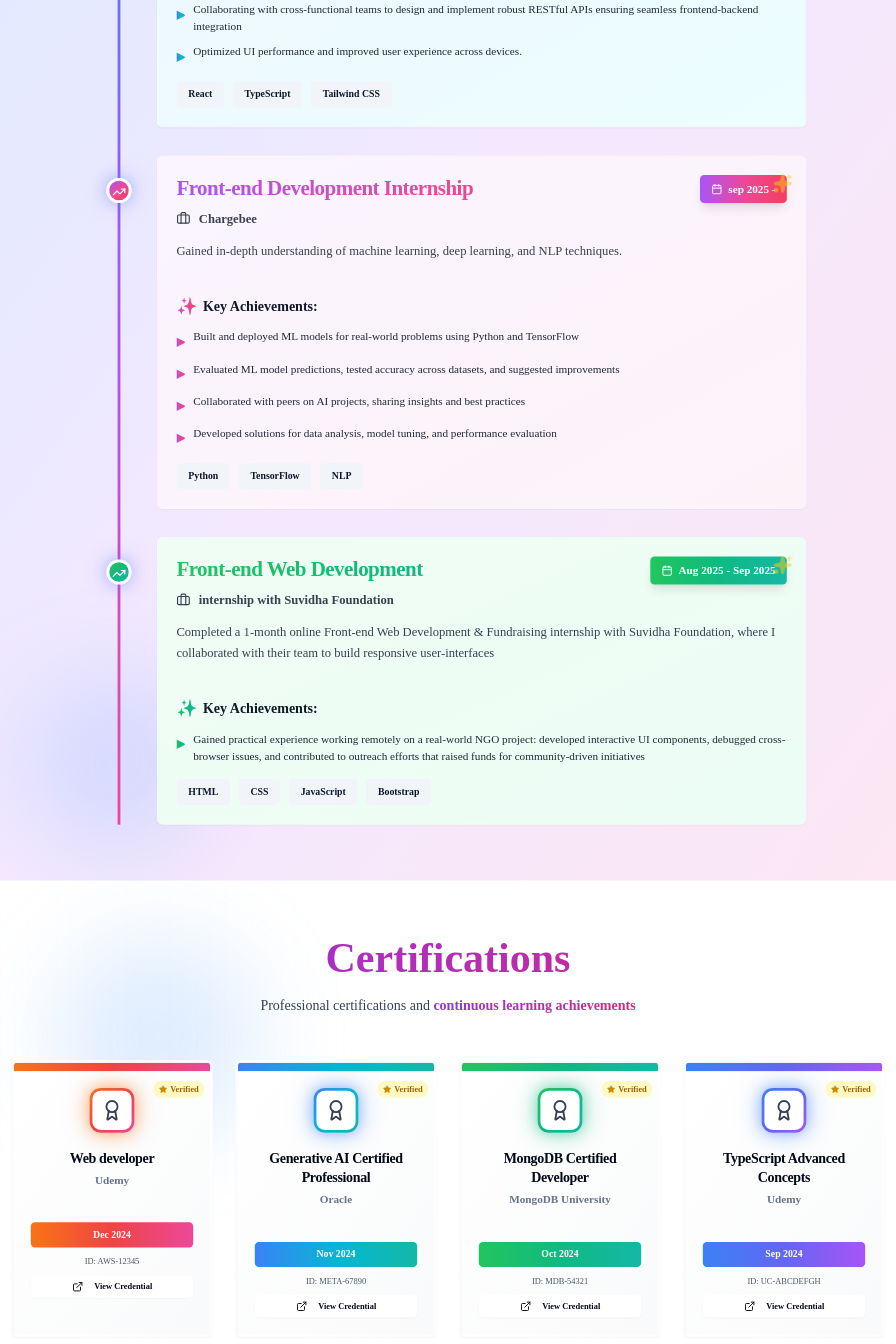
Repository: sm6746/PORTFOLIO
Page: /
These files come from the project's save history. The page is drawn as it stood at one moment and after the next save; the edit follows.
The browser window is 1280 px wide. The pictures show the part of the page from y = 4563 to 6483 px (the page is 8308 px tall before and 8201 px after), at 70% of full size.
The project was rebuilt for these pictures with package versions that can differ from the ones it lists, and the page was loaded fresh each time. Also part of the build but not shown: vite.config.ts.

Above is the page before, as saved 2025-11-07 12:21:04.

### index.html
<!DOCTYPE html>
<html lang="en">
  <head>
    <meta charset="UTF-8" />
    <link rel="icon" type="image/svg+xml" href="/favicon.svg" />
    <meta name="viewport" content="width=device-width, initial-scale=1.0" />
    <title>Portfolio</title>
  </head>
  <body>
    <div id="root"></div>
    <script type="module" src="/app/main.tsx"></script>
  </body>
</html>

### app/main.tsx
import React from 'react'
import ReactDOM from 'react-dom/client'
import App from './app'
import './globals.css'

ReactDOM.createRoot(document.getElementById('root')!).render(
  <React.StrictMode>
    <App />
  </React.StrictMode>,
)

### app/app.tsx
import { ThemeProvider } from '@/lib/theme-context';
import { Header } from '@/components/header';
import { HeroSection } from '@/components/hero-section';
import { AboutSection } from '@/components/about-section';
import { SkillsSection } from '@/components/skills-section';
import { ProjectsSection } from '@/components/projects-section';
import { ExperienceSection } from '@/components/experience-section';
import { CertificationsSection } from '@/components/certifications-section';
import { ContactSection } from '@/components/contact-section';
import { Footer } from '@/components/footer';
import { ScrollToTop } from '@/components/scroll-to-top';

function App() {
  return (
    <ThemeProvider>
      <div className="min-h-screen bg-white dark:bg-gray-900 transition-colors duration-300">
        <Header />
        <main>
          <HeroSection />
          <AboutSection />
          <SkillsSection />
          <ProjectsSection />
          <ExperienceSection />
          <CertificationsSection />
          <ContactSection />
        </main>
        <Footer />
        <ScrollToTop />
      </div>
    </ThemeProvider>
  );
}

export default App;

### lib/theme-context.tsx
import React, { createContext, useContext, useEffect, useState } from 'react';

type Theme = 'light' | 'dark';

type ThemeContextType = {
  theme: Theme;
  toggleTheme: () => void;
};

const ThemeContext = createContext<ThemeContextType | undefined>(undefined);

export function ThemeProvider({ children }: { children: React.ReactNode }) {
  const [theme, setTheme] = useState<Theme>(() => {
    const stored = localStorage.getItem('portfolio-theme');
    return (stored as Theme) || 'light';
  });

  useEffect(() => {
    localStorage.setItem('portfolio-theme', theme);
    document.documentElement.classList.toggle('dark', theme === 'dark');
  }, [theme]);

  const toggleTheme = () => {
    setTheme(prev => (prev === 'light' ? 'dark' : 'light'));
  };

  return (
    <ThemeContext.Provider value={{ theme, toggleTheme }}>
      {children}
    </ThemeContext.Provider>
  );
}

export function useTheme() {
  const context = useContext(ThemeContext);
  if (!context) {
    throw new Error('useTheme must be used within ThemeProvider');
  }
  return context;
}

### components/experience-section.tsx
import { Card, CardContent, CardHeader, CardTitle } from '@/components/ui/card';
import { Badge } from '@/components/ui/badge';
import { Briefcase, Calendar, Sparkles, TrendingUp } from 'lucide-react';
import { useScrollAnimation } from '@/hooks/use-scroll-animation';

export function ExperienceSection() {
  const { ref, isVisible } = useScrollAnimation();

  const experiences = [
    {
      title: 'frontend Developer ',
      company: 'Bluestock Fintech',
      period: 'May 2025 – July 2025',
      description: 'Developing responsive web applications using React and TypeScript. Collaborating with design team to implement pixel-perfect UIs.',
      achievements: [
        ' Built responsive financial dashboards using Python and React.js and Tailwind CSS',
        'Collaborating with cross-functional teams to design and implement robust RESTful APIs ensuring seamless frontend-backend integration',
        'Optimized UI performance and improved user experience across devices.',

      ],
      tags: ['React', 'TypeScript', 'Tailwind CSS'],
      gradient: 'from-blue-500 via-cyan-500 to-teal-500',
      bgGradient: 'from-blue-50 to-cyan-50 dark:from-blue-950/50 dark:to-cyan-950/50',
    },
    {
      title: 'Front-end Development Internship ',
      company: ' Chargebee',
      period: 'sep 2025 - ',
      description: 'Gained in-depth understanding of machine learning, deep learning, and NLP techniques.',
      achievements: [
        'Built and deployed ML models for real-world problems using Python and TensorFlow',
        'Evaluated ML model predictions, tested accuracy across datasets, and suggested improvements',
        'Collaborated with peers on AI projects, sharing insights and best practices',
        'Developed solutions for data analysis, model tuning, and performance evaluation',
      ],
      tags: ['Python', 'TensorFlow', 'NLP'],
      gradient: 'from-purple-500 via-pink-500 to-rose-500',
      bgGradient: 'from-purple-50 to-pink-50 dark:from-purple-950/50 dark:to-pink-950/50',
    },
    {
      title: 'Front-end Web Development',
      company: 'internship with Suvidha Foundation',
      period: 'Aug 2025 - Sep 2025',
      description: 'Completed a 1‐month online Front-end Web Development & Fundraising internship with Suvidha Foundation, where I collaborated with their team to build responsive user-interfaces',
      achievements: [
        'Gained practical experience working remotely on a real-world NGO project: developed interactive UI components, debugged cross-browser issues, and contributed to outreach efforts that raised funds for community-driven initiatives',
      ],
      tags: ['HTML', 'CSS', 'JavaScript', 'Bootstrap'],
      gradient: 'from-green-500 via-emerald-500 to-teal-500',
      bgGradient: 'from-green-50 to-emerald-50 dark:from-green-950/50 dark:to-emerald-950/50',
    },
  ];

  return (
    <section
      id="experience"
      ref={ref as React.RefObject<HTMLElement>}
      className="py-20 bg-gradient-to-br from-blue-100 via-purple-100 to-pink-100 dark:from-gray-800 dark:via-purple-900/10 dark:to-blue-900/10 relative overflow-hidden"
    >
      <div className="absolute top-10 right-10 w-64 h-64 bg-purple-400/20 rounded-full blur-3xl"></div>
      <div className="absolute bottom-10 left-10 w-64 h-64 bg-blue-400/20 rounded-full blur-3xl"></div>

      <div className="container mx-auto px-4 relative z-10">
        <div
          className={`transition-all duration-1000 ${
            isVisible ? 'opacity-100 translate-y-0' : 'opacity-0 translate-y-10'
          }`}
        >
          <h2 className="text-5xl md:text-6xl font-extrabold text-center mb-6 bg-gradient-to-r from-blue-600 via-purple-600 to-pink-600 dark:from-blue-400 dark:via-purple-400 dark:to-pink-400 bg-clip-text text-transparent animate-gradient">
            Experience
          </h2>
          <p className="text-center text-gray-700 dark:text-gray-300 mb-16 text-xl font-medium">
            My professional journey and <span className="text-transparent bg-clip-text bg-gradient-to-r from-purple-600 to-pink-600 font-bold">key achievements</span>
          </p>

          <div className="max-w-5xl mx-auto relative">
            <div className="absolute left-10 top-0 bottom-0 w-1 bg-gradient-to-b from-blue-500 via-purple-500 to-pink-500 hidden md:block shadow-lg"></div>

            <div className="space-y-10">
              {experiences.map((exp, index) => (
                <div
                  key={index}
                  className={`relative transition-all duration-1000 ${
                    isVisible ? 'opacity-100 translate-x-0' : 'opacity-0 -translate-x-10'
                  }`}
                  style={{ transitionDelay: `${index * 250}ms` }}
                >
                  <div className={`hidden md:block absolute left-6 top-8 w-9 h-9 rounded-full bg-gradient-to-br ${exp.gradient} border-4 border-white dark:border-gray-800 shadow-xl animate-pulse-glow z-10`}>
                    <TrendingUp className="h-5 w-5 text-white m-auto mt-1.5" />
                  </div>

                  <Card className={`md:ml-24 hover:shadow-2xl transition-all duration-500 transform hover:-translate-y-3 hover:scale-105 border-4 border-transparent hover:border-current bg-gradient-to-br ${exp.bgGradient} overflow-hidden`}>
                    <div className={`absolute inset-0 bg-gradient-to-br ${exp.gradient} opacity-0 group-hover:opacity-10 transition-opacity duration-500`}></div>
                    <CardHeader className="relative">
                      <div className="flex flex-wrap items-start justify-between gap-4 mb-3">
                        <div className="flex-1">
                          <CardTitle className={`text-3xl font-black mb-3 bg-gradient-to-r ${exp.gradient} bg-clip-text text-transparent`}>
                            {exp.title}
                          </CardTitle>
                          <div className="flex items-center gap-3 text-gray-700 dark:text-gray-300">
                            <Briefcase className="h-5 w-5" />
                            <span className="font-bold text-lg">{exp.company}</span>
                          </div>
                        </div>
                        <Badge variant="outline" className={`flex items-center gap-2 px-4 py-2 border-3 bg-gradient-to-r ${exp.gradient} text-white font-bold text-base shadow-lg`}>
                          <Calendar className="h-4 w-4" />
                          {exp.period}
                        </Badge>
                      </div>
                      <p className="text-gray-700 dark:text-gray-300 text-lg leading-relaxed">{exp.description}</p>
                      <Sparkles className="absolute top-4 right-4 h-7 w-7 text-yellow-400 fill-yellow-400 animate-pulse" />
                    </CardHeader>
                    <CardContent className="p-6 relative">
                      <h4 className="font-black mb-4 text-gray-900 dark:text-gray-100 text-xl flex items-center gap-2">
                        <span className={`text-2xl bg-gradient-to-r ${exp.gradient} bg-clip-text text-transparent`}>✨</span>
                        Key Achievements:
                      </h4>
                      <ul className="space-y-3 mb-5">
                        {exp.achievements.map((achievement, idx) => (
                          <li key={idx} className="flex items-start gap-3 text-gray-800 dark:text-gray-200 text-base">
                            <span className={`text-2xl font-bold bg-gradient-to-r ${exp.gradient} bg-clip-text text-transparent mt-0.5`}>▸</span>
                            <span>{achievement}</span>
                          </li>
                        ))}
                      </ul>
                      <div className="flex flex-wrap gap-3">
                        {exp.tags.map((tag, tagIndex) => (
                          <Badge key={tagIndex} variant="secondary" className="text-sm font-bold px-4 py-2 hover:scale-110 transition-transform">
                            {tag}
                          </Badge>
                        ))}
                      </div>
                    </CardContent>
                  </Card>
                </div>
              ))}
            </div>
          </div>
        </div>
      </div>
    </section>
  );
}

### components/footer.tsx
import { Github, Linkedin, Mail } from 'lucide-react';
import { Button } from '@/components/ui/button';

export function Footer() {
  return (
    <footer className="py-12 bg-gray-900 text-white">
      <div className="container mx-auto px-4">
        <div className="flex flex-col items-center gap-6">
          <div className="text-3xl font-bold bg-gradient-to-r from-blue-400 to-purple-400 bg-clip-text text-transparent">
            SHIVANI MEHRA
          </div>
          <p className="text-gray-400 text-center max-w-md">
            Building the future, one line of code at a time. Let's create something amazing together.
          </p>
          <div className="flex gap-4">
            <Button
              variant="ghost"
              size="icon"
              className="rounded-full hover:bg-blue-600/20 text-gray-300 hover:text-white transition-all"
            >
              <a
              href="https://github.com/sm6746"
              target="_blank"
              rel="noopener noreferrer"
            >
              <Github className="h-5 w-5" />
              </a>
            </Button>
            <Button
              variant="ghost"
              size="icon"
              className="rounded-full hover:bg-blue-600/20 text-gray-300 hover:text-white transition-all"
            >
              <a
              href="https://www.linkedin.com/in/shivani-mehra-/"
              target="_blank"
              rel="noopener noreferrer"
            >
              <Linkedin className="h-7 w-7" />
              </a>
            </Button>
            <Button
              variant="ghost"
              size="icon"
              className="rounded-full hover:bg-blue-600/20 text-gray-300 hover:text-white transition-all"
            >
              <a
              href="https://mail.google.com/mail/?view=cm&fs=1&to=shivanimehra22may@gmail.com"
              target="_blank"
              rel="noopener noreferrer"
            >
               <Mail className="h-5 w-5" />
              </a>

            </Button>
          </div>
          <div className="border-t border-gray-800 pt-6 w-full text-center">
            <p className="text-gray-500 text-sm">

            </p>
          </div>
        </div>
      </div>
    </footer>
  );
}

### components/scroll-to-top.tsx
import { Button } from '@/components/ui/button';
import { ArrowUp } from 'lucide-react';
import { useEffect, useState } from 'react';

export function ScrollToTop() {
  const [isVisible, setIsVisible] = useState(false);

  useEffect(() => {
    const toggleVisibility = () => {
      setIsVisible(window.scrollY > 500);
    };

    window.addEventListener('scroll', toggleVisibility);
    return () => window.removeEventListener('scroll', toggleVisibility);
  }, []);

  const scrollToTop = () => {
    window.scrollTo({ top: 0, behavior: 'smooth' });
  };

  if (!isVisible) return null;

  return (
    <Button
      onClick={scrollToTop}
      size="icon"
      className="fixed bottom-8 right-8 z-50 rounded-full shadow-lg bg-gradient-to-r from-blue-600 to-purple-600 hover:from-blue-700 hover:to-purple-700 animate-bounce"
    >
      <ArrowUp className="h-5 w-5" />
    </Button>
  );
}

### components/ui/button.tsx
import * as React from "react"
import { Slot } from "@radix-ui/react-slot"
import { cva, type VariantProps } from "class-variance-authority"

import { cn } from "@/lib/utlis"

const buttonVariants = cva(
  "inline-flex items-center justify-center gap-2 whitespace-nowrap rounded-md text-sm font-medium transition-colors focus-visible:outline-none focus-visible:ring-1 focus-visible:ring-ring disabled:pointer-events-none disabled:opacity-50 [&_svg]:pointer-events-none [&_svg]:size-4 [&_svg]:shrink-0",
  {
    variants: {
      variant: {
        default:
          "bg-primary text-primary-foreground shadow hover:bg-primary/90",
        destructive:
          "bg-destructive text-destructive-foreground shadow-sm hover:bg-destructive/90",
        outline:
          "border border-input bg-background shadow-sm hover:bg-accent hover:text-accent-foreground",
        secondary:
          "bg-secondary text-secondary-foreground shadow-sm hover:bg-secondary/80",
        ghost: "hover:bg-accent hover:text-accent-foreground",
        link: "text-primary underline-offset-4 hover:underline",
      },
      size: {
        default: "h-9 px-4 py-2",
        sm: "h-8 rounded-md px-3 text-xs",
        lg: "h-10 rounded-md px-8",
        icon: "h-9 w-9",
      },
    },
    defaultVariants: {
      variant: "default",
      size: "default",
    },
  }
)

export interface ButtonProps
  extends React.ButtonHTMLAttributes<HTMLButtonElement>,
    VariantProps<typeof buttonVariants> {
  asChild?: boolean
}

const Button = React.forwardRef<HTMLButtonElement, ButtonProps>(
  ({ className, variant, size, asChild = false, ...props }, ref) => {
    const Comp = asChild ? Slot : "button"
    return (
      <Comp
        className={cn(buttonVariants({ variant, size, className }))}
        ref={ref}
        {...props}
      />
    )
  }
)
Button.displayName = "Button"

export { Button, buttonVariants }

### hooks/use-scroll-animation.ts
import { useEffect, useRef, useState } from 'react';

export function useScrollAnimation() {
  const ref = useRef<HTMLElement>(null);
  const [isVisible, setIsVisible] = useState(false);

  useEffect(() => {
    const observer = new IntersectionObserver(
      ([entry]) => {
        if (entry.isIntersecting) {
          setIsVisible(true);
        }
      },
      { threshold: 0.1 }
    );

    if (ref.current) {
      observer.observe(ref.current);
    }

    return () => {
      if (ref.current) {
        observer.unobserve(ref.current);
      }
    };
  }, []);

  return { ref, isVisible };
}

### components/ui/card.tsx
import * as React from "react"

import { cn } from "@/lib/utlis"

const Card = React.forwardRef<
  HTMLDivElement,
  React.HTMLAttributes<HTMLDivElement>
>(({ className, ...props }, ref) => (
  <div
    ref={ref}
    className={cn(
      "rounded-lg border bg-card text-card-foreground shadow-sm",
      className,
    )}
    {...props}
  />
))
Card.displayName = "Card"

const CardHeader = React.forwardRef<
  HTMLDivElement,
  React.HTMLAttributes<HTMLDivElement>
>(({ className, ...props }, ref) => (
  <div
    ref={ref}
    className={cn("flex flex-col space-y-1.5 p-6", className)}
    {...props}
  />
))
CardHeader.displayName = "CardHeader"

const CardTitle = React.forwardRef<
  HTMLParagraphElement,
  React.HTMLAttributes<HTMLHeadingElement>
>(({ className, ...props }, ref) => (
  <h3
    ref={ref}
    className={cn(
      "text-2xl font-semibold leading-none tracking-tight",
      className,
    )}
    {...props}
  />
))
CardTitle.displayName = "CardTitle"

const CardDescription = React.forwardRef<
  HTMLParagraphElement,
  React.HTMLAttributes<HTMLParagraphElement>
>(({ className, ...props }, ref) => (
  <p
    ref={ref}
    className={cn("text-sm text-muted-foreground", className)}
    {...props}
  />
))
CardDescription.displayName = "CardDescription"

const CardContent = React.forwardRef<
  HTMLDivElement,
  React.HTMLAttributes<HTMLDivElement>
>(({ className, ...props }, ref) => (
  <div ref={ref} className={cn("p-6 pt-0", className)} {...props} />
))
CardContent.displayName = "CardContent"

const CardFooter = React.forwardRef<
  HTMLDivElement,
  React.HTMLAttributes<HTMLDivElement>
>(({ className, ...props }, ref) => (
  <div
    ref={ref}
    className={cn("flex items-center p-6 pt-0", className)}
    {...props}
  />
))
CardFooter.displayName = "CardFooter"

export { Card, CardHeader, CardFooter, CardTitle, CardDescription, CardContent }

### components/ui/badge.tsx
import * as React from "react"
import { cva, type VariantProps } from "class-variance-authority"

import { cn } from "@/lib/utlis"

const badgeVariants = cva(
  "inline-flex items-center rounded-md border px-2.5 py-0.5 text-xs font-semibold transition-colors focus:outline-none focus:ring-2 focus:ring-ring focus:ring-offset-2",
  {
    variants: {
      variant: {
        default:
          "border-transparent bg-primary text-primary-foreground shadow hover:bg-primary/80",
        secondary:
          "border-transparent bg-secondary text-secondary-foreground hover:bg-secondary/80",
        destructive:
          "border-transparent bg-destructive text-destructive-foreground shadow hover:bg-destructive/80",
        outline: "text-foreground",
      },
    },
    defaultVariants: {
      variant: "default",
    },
  }
)

export interface BadgeProps
  extends React.HTMLAttributes<HTMLDivElement>,
    VariantProps<typeof badgeVariants> {}

function Badge({ className, variant, ...props }: BadgeProps) {
  return (
    <div className={cn(badgeVariants({ variant }), className)} {...props} />
  )
}

export { Badge, badgeVariants }

### components/ui/input.tsx
import * as React from "react"

import { cn } from "@/lib/utlis"

const Input = React.forwardRef<HTMLInputElement, React.ComponentProps<"input">>(
  ({ className, type, ...props }, ref) => {
    return (
      <input
        type={type}
        className={cn(
          "flex h-9 w-full rounded-md border border-input bg-transparent px-3 py-1 text-base shadow-sm transition-colors file:border-0 file:bg-transparent file:text-sm file:font-medium file:text-foreground placeholder:text-muted-foreground focus-visible:outline-none focus-visible:ring-1 focus-visible:ring-ring disabled:cursor-not-allowed disabled:opacity-50 md:text-sm",
          className
        )}
        ref={ref}
        {...props}
      />
    )
  }
)
Input.displayName = "Input"

export { Input }

### components/ui/textarea.tsx
import * as React from "react"

import { cn } from "@/lib/utlis"

const Textarea = React.forwardRef<
  HTMLTextAreaElement,
  React.ComponentProps<"textarea">
>(({ className, ...props }, ref) => {
  return (
    <textarea
      className={cn(
        "flex min-h-[60px] w-full rounded-md border border-input bg-transparent px-3 py-2 text-base shadow-sm placeholder:text-muted-foreground focus-visible:outline-none focus-visible:ring-1 focus-visible:ring-ring disabled:cursor-not-allowed disabled:opacity-50 md:text-sm",
        className
      )}
      ref={ref}
      {...props}
    />
  )
})
Textarea.displayName = "Textarea"

export { Textarea }

Loaded but not shown: lib/utlis.tsx (common file); tailwind.config.js (62 lines, source omitted); components/projects-section.tsx (180 lines, source omitted); components/contact-section.tsx (144 lines, source omitted); components/certifications-section.tsx (150 lines, source omitted); components/hero-section.tsx (124 lines, source omitted); components/about-section.tsx (79 lines, source omitted); components/skills-section.tsx (112 lines, source omitted); components/header.tsx (82 lines, source omitted); app/globals.css (115 lines, source omitted)

After the next save:
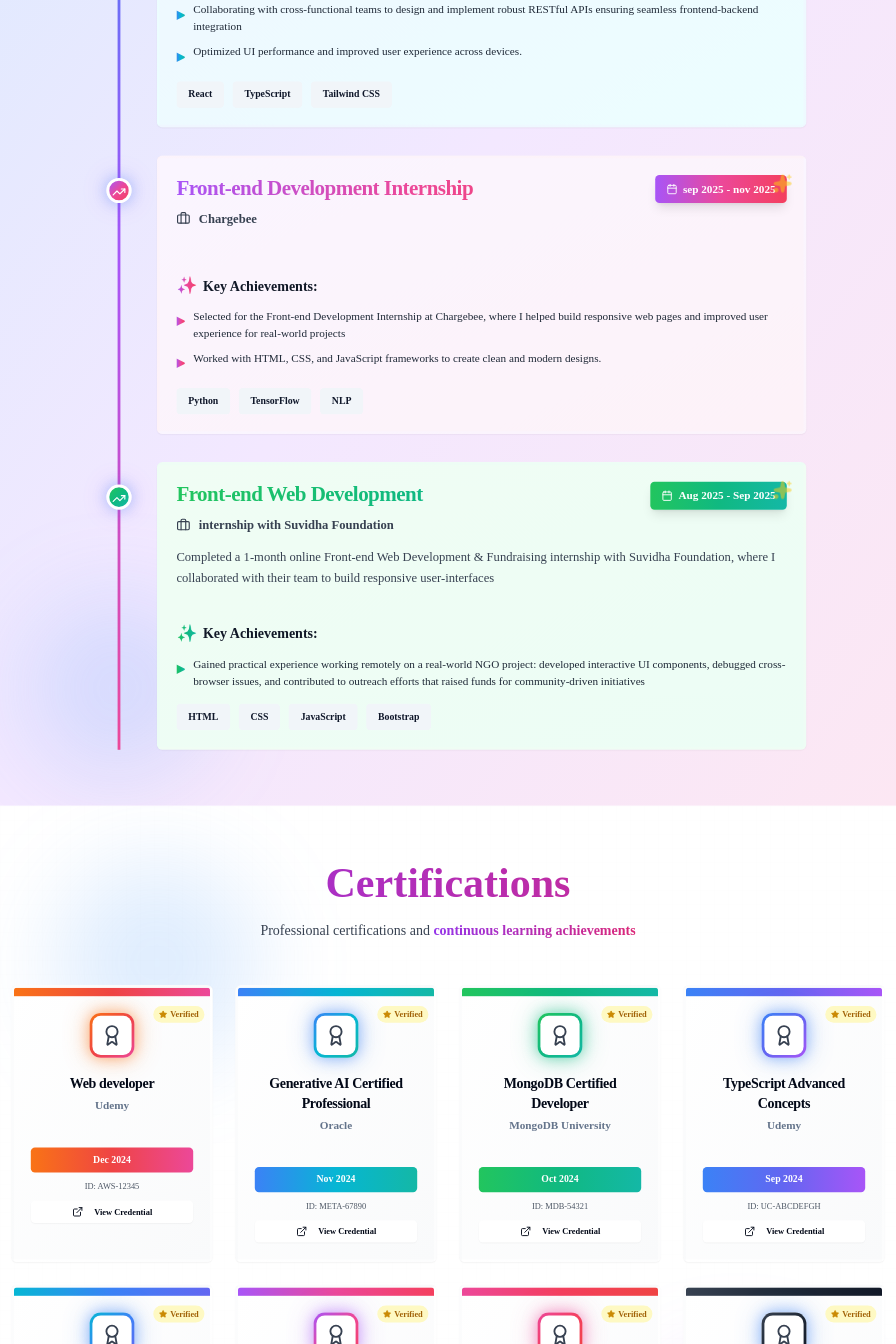
Saved 92 s later.
--- a/components/experience-section.tsx
+++ b/components/experience-section.tsx
@@ -25,13 +25,11 @@ export function ExperienceSection() {
     {
       title: 'Front-end Development Internship ',
       company: ' Chargebee',
-      period: 'sep 2025 - ',
-      description: 'Gained in-depth understanding of machine learning, deep learning, and NLP techniques.',
+      period: 'sep 2025 - nov 2025',
+      description: '',
       achievements: [
-        'Built and deployed ML models for real-world problems using Python and TensorFlow',
-        'Evaluated ML model predictions, tested accuracy across datasets, and suggested improvements',
-        'Collaborated with peers on AI projects, sharing insights and best practices',
-        'Developed solutions for data analysis, model tuning, and performance evaluation',
+        'Selected for the Front-end Development Internship at Chargebee, where I helped build responsive web pages and improved user experience for real-world projects',
+         'Worked with HTML, CSS, and JavaScript frameworks to create clean and modern designs.'
       ],
       tags: ['Python', 'TensorFlow', 'NLP'],
       gradient: 'from-purple-500 via-pink-500 to-rose-500',
